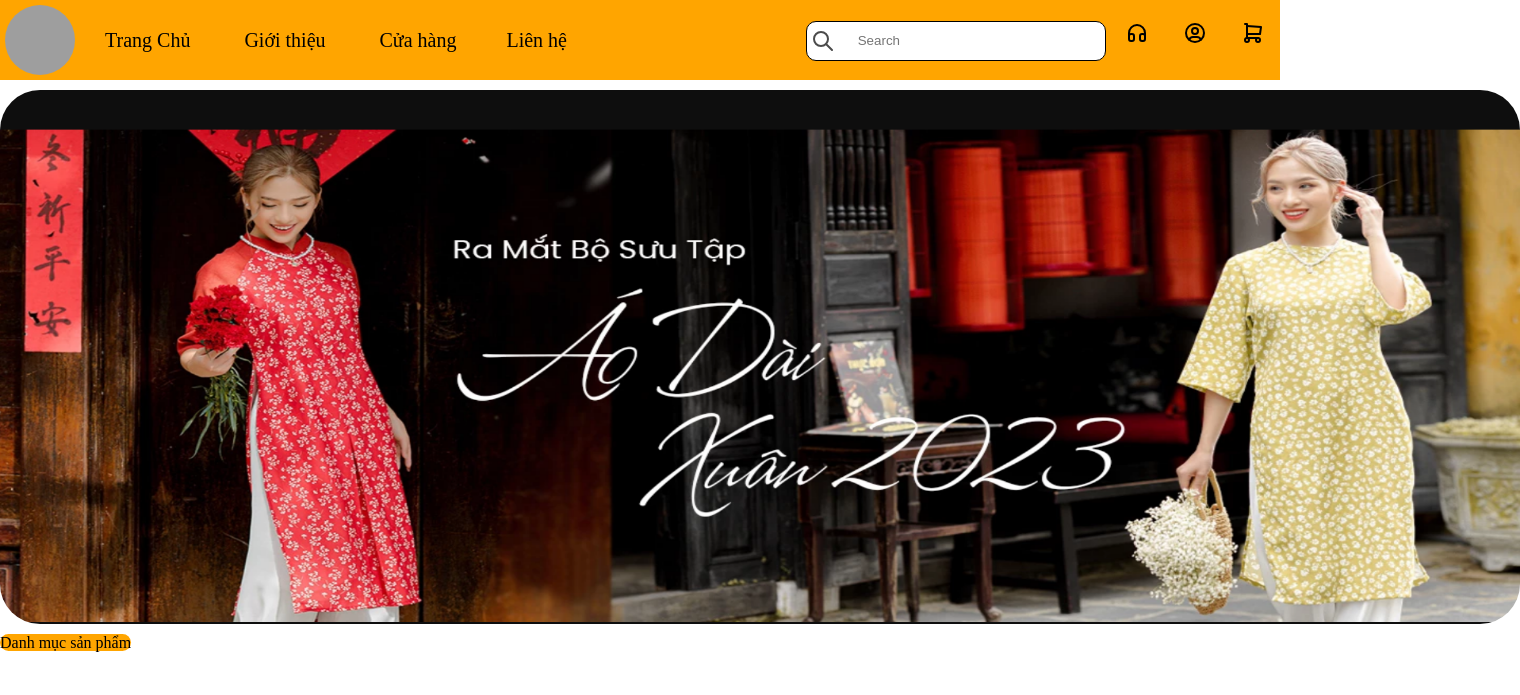
Repository: manhhieu120499/test-page
Page: index.html
The author's editor kept a copy of each file at every save. The page is drawn from the files as they stood at one save, then again after the next save.
The browser window is 1280 px wide. The page is 1520 px wide, so the pictures cover 1520 px, including what lies to the right of the window. The pictures show the whole page.
Pictures or frames that could not be fetched are drawn as grey boxes.

Above is the page before, as saved 2023-01-11 23:45:42.

After the next save:
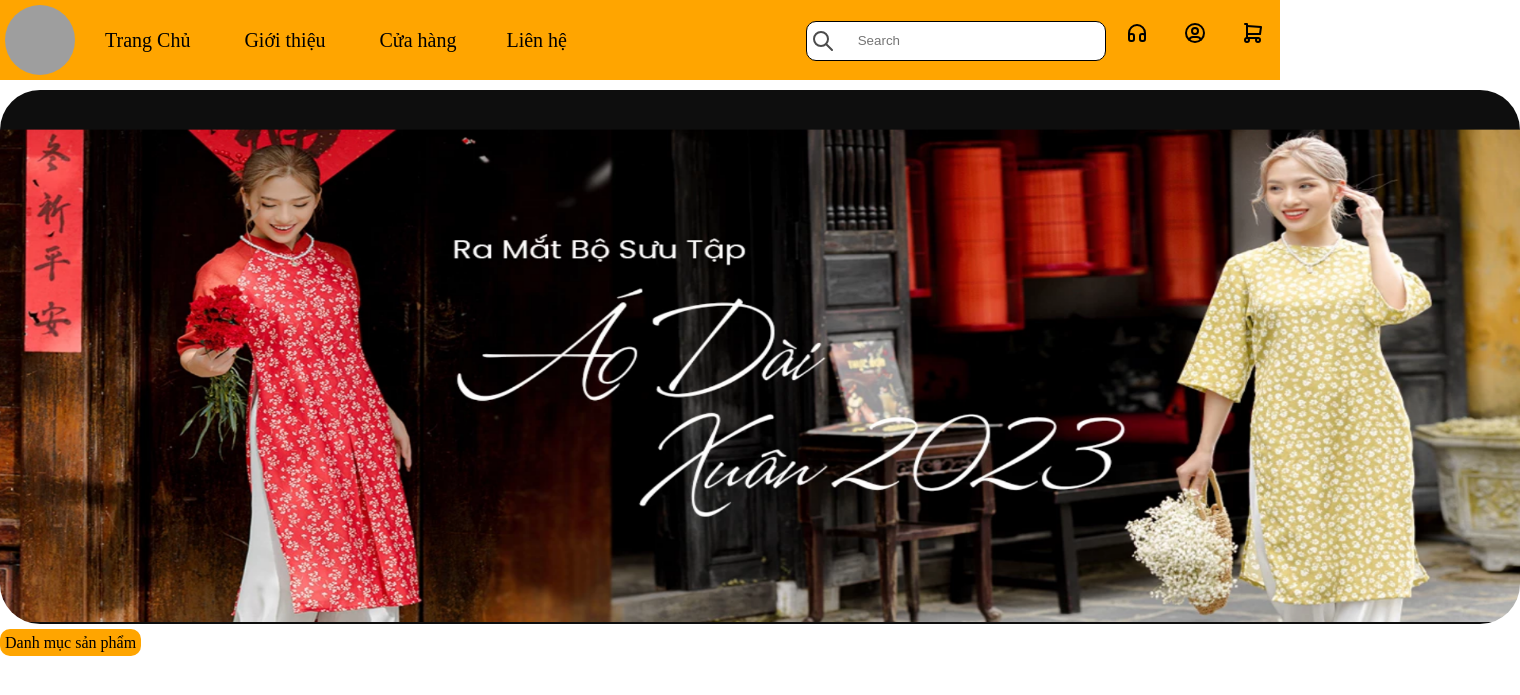
Saved 5 s later.
--- a/style.css
+++ b/style.css
@@ -75,7 +75,7 @@ span {
     text-align: center;
     width: 253px;
     height: 57px;
-    padding: ;
+    padding: 5px;
     border-radius: 10px;
     background-color: orange;
 }
